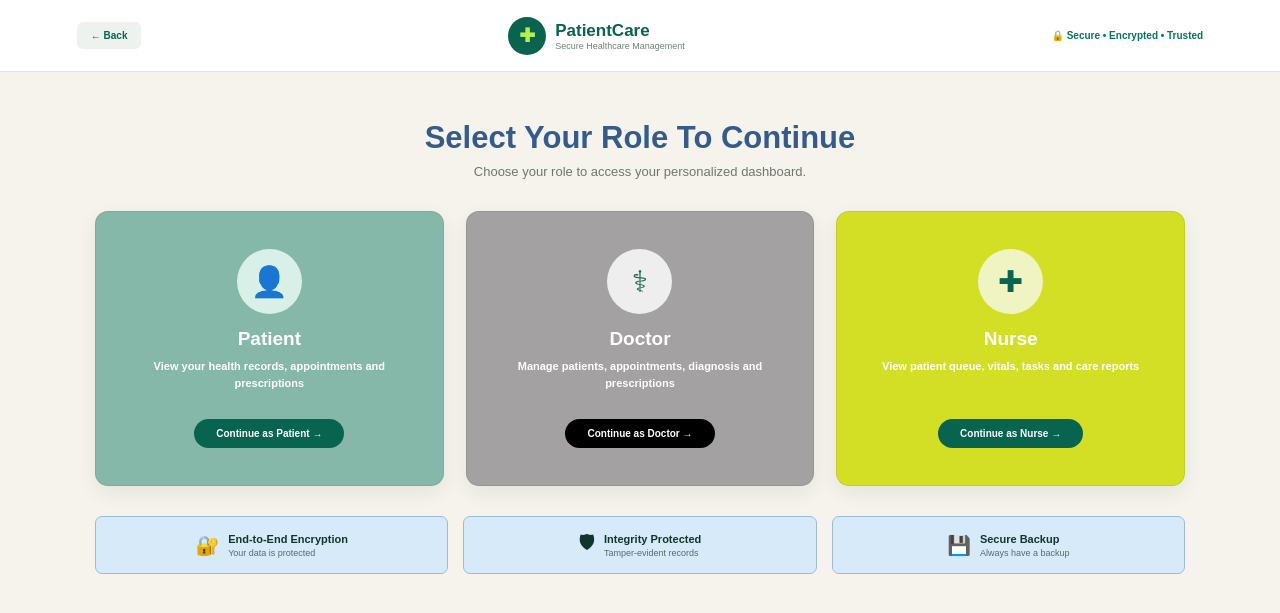
Repository: sameera-7-hash/OOPs-CP
Page: /, after clicking the first element matching `button.home-login-btn`
An editor plug-in stored every save of this project. The page is shown before and after the next save, followed by the edit.
The browser window is 1280 px wide. The pictures show the whole page.
The project was rebuilt for these pictures with package versions that can differ from the ones it lists, and the page was loaded fresh each time. Also part of the build but not shown: vite.config.js, src/pages/Login.jsx, src/pages/patient/PatientDashboard.jsx, src/pages/patient/Appointments.jsx, src/pages/patient/MedicalRecords.jsx, src/pages/patient/Prescriptions.jsx, src/pages/patient/MedicalHistory.jsx, src/pages/doctor/DoctorDashboard.jsx and 13 more.

Above is the page before, as saved 2026-09-10 17:12:20.

### index.html
<!doctype html>
<html lang="en">
  <head>
    <meta charset="UTF-8" />
    <meta name="viewport" content="width=device-width, initial-scale=1.0" />
    <title>PatientCare</title>
  </head>

  <body>
    <div id="root"></div>

    <script type="module" src="/src/main.jsx"></script>
  </body>
</html>

### src/main.jsx
import React from "react";
import ReactDOM from "react-dom/client";
import App from "./App";
import "./App.css";

ReactDOM.createRoot(document.getElementById("root")).render(
  <React.StrictMode>
    <App />
  </React.StrictMode>
);

### src/App.jsx
import React, { useState } from "react";

import Home from "./pages/Home";
import Login from "./pages/Login";
import RoleSelection from "./pages/RoleSelection";

import PatientDashboard from "./pages/patient/PatientDashboard";
import PatientAppointments from "./pages/patient/Appointments";
import MedicalRecords from "./pages/patient/MedicalRecords";
import Prescriptions from "./pages/patient/Prescriptions";
import MedicalHistory from "./pages/patient/MedicalHistory";

import DoctorDashboard from "./pages/doctor/DoctorDashboard";
import Patients from "./pages/doctor/Patients";
import AddPatient from "./pages/doctor/AddPatient";
import PatientDetails from "./pages/doctor/PatientDetails";
import DoctorAppointments from "./pages/doctor/Appointments";
import Analytics from "./pages/doctor/Analytics";
import UndoRedo from "./pages/doctor/UndoRedo";
import BackupRestore from "./pages/doctor/BackupRestore";

import NurseDashboard from "./pages/nurse/NurseDashboard";
import PatientQueue from "./pages/nurse/PatientQueue";
import PriorityQueue from "./pages/nurse/PriorityQueue";
import Vitals from "./pages/nurse/Vitals";
import Tasks from "./pages/nurse/Tasks";
import Alerts from "./pages/nurse/Alerts";

function App() {
  const [page, setPage] = useState("home");
  const [role, setRole] = useState(null);

  const selectRole = (selectedRole) => {
    setRole(selectedRole);
    setPage("login");
  };

  const login = () => {
    if (role === "Patient") setPage("patient-dashboard");
    if (role === "Doctor") setPage("doctor-dashboard");
    if (role === "Nurse") setPage("nurse-dashboard");
  };

  const logout = () => {
    setRole(null);
    setPage("home");
  };

  const navigate = (newPage) => {
    setPage(newPage);
  };

  if (page === "home") {
  return (
    <Home
      onLogin={() => setPage("role-selection")}
    />
  );
}

if (page === "role-selection") {
  return (
    <RoleSelection
      onSelectRole={selectRole}
      onBack={() => setPage("home")}
    />
  );
}

  if (page === "login") {
    return (
      <Login
        role={role}
        onLogin={login}
        onBack={() => setPage("home")}
      />
    );
  }

  /* ================= PATIENT ================= */

  if (page === "patient-dashboard") {
    return (
      <PatientDashboard
        navigate={navigate}
        logout={logout}
      />
    );
  }

  if (page === "patient-appointments") {
    return (
      <PatientAppointments
        navigate={navigate}
        logout={logout}
      />
    );
  }

  if (page === "medical-records") {
    return (
      <MedicalRecords
        navigate={navigate}
        logout={logout}
      />
    );
  }

  if (page === "prescriptions") {
    return (
      <Prescriptions
        navigate={navigate}
        logout={logout}
      />
    );
  }

  if (page === "medical-history") {
    return (
      <MedicalHistory
        navigate={navigate}
        logout={logout}
      />
    );
  }

  /* ================= DOCTOR ================= */

  if (page === "doctor-dashboard") {
    return (
      <DoctorDashboard
        navigate={navigate}
        logout={logout}
      />
    );
  }

  if (page === "doctor-patients") {
    return (
      <Patients
        navigate={navigate}
        logout={logout}
      />
    );
  }

  if (page === "add-patient") {
    return (
      <AddPatient
        navigate={navigate}
        logout={logout}
      />
    );
  }

  if (page === "patient-details") {
    return (
      <PatientDetails
        navigate={navigate}
        logout={logout}
      />
    );
  }

  if (page === "doctor-appointments") {
    return (
      <DoctorAppointments
        navigate={navigate}
        logout={logout}
      />
    );
  }

  if (page === "analytics") {
    return (
      <Analytics
        navigate={navigate}
        logout={logout}
      />
    );
  }

  if (page === "undo-redo") {
    return (
      <UndoRedo
        navigate={navigate}
        logout={logout}
      />
    );
  }

  if (page === "backup-restore") {
    return (
      <BackupRestore
        navigate={navigate}
        logout={logout}
      />
    );
  }

  /* ================= NURSE ================= */

  if (page === "nurse-dashboard") {
    return (
      <NurseDashboard
        navigate={navigate}
        logout={logout}
      />
    );
  }

  if (page === "patient-queue") {
    return (
      <PatientQueue
        navigate={navigate}
        logout={logout}
      />
    );
  }

  if (page === "priority-queue") {
    return (
      <PriorityQueue
        navigate={navigate}
        logout={logout}
      />
    );
  }

  if (page === "vitals") {
    return (
      <Vitals
        navigate={navigate}
        logout={logout}
      />
    );
  }

  if (page === "tasks") {
    return (
      <Tasks
        navigate={navigate}
        logout={logout}
      />
    );
  }

  if (page === "alerts") {
    return (
      <Alerts
        navigate={navigate}
        logout={logout}
      />
    );
  }

  return null;
}

export default App;

### src/pages/Home.jsx
import React from "react";

function Home({ onLogin }) {
  return (
    <div className="home-page">

      <header className="home-header">

        <div className="home-brand">

          <div className="home-logo">
            ✚
          </div>

          <div>
            <h2>PatientCare</h2>
            <p>Secure Healthcare Management</p>
          </div>

        </div>

        <nav className="home-nav">

          <button>
            About Us
          </button>

          <button>
            Help
          </button>

          <button>
            Contact
          </button>

          <button
            className="home-login-btn"
            onClick={onLogin}
          >
            Login
          </button>

        </nav>

      </header>


      <main className="home-main">

        <section className="home-content">

          <div className="home-text">

            <div className="home-badge">
              🔒 Secure Healthcare Platform
            </div>

            <h1>
              Welcome To <span>PatientCare</span>
            </h1>

            <h2>
              Your Health, Your Priority
            </h2>

            <p>
              A secure and reliable healthcare management platform
              designed to connect patients, doctors and nurses in one
              place.
            </p>

            <div className="home-buttons">

              <button
                className="primary-home-btn"
                onClick={onLogin}
              >
                Login to PatientCare →
              </button>

              <button className="secondary-home-btn">
                Learn More
              </button>

            </div>

          </div>


          <div className="home-illustration">

            <div className="illustration-circle">
              👩‍⚕️
            </div>

            <div className="floating-card card-one">

              🔐

              <div>
                <strong>Secure</strong>
                <small>Your data is protected</small>
              </div>

            </div>


            <div className="floating-card card-two">

              🛡️

              <div>
                <strong>Encrypted</strong>
                <small>Protected health records</small>
              </div>

            </div>


            <div className="floating-card card-three">

              ✓

              <div>
                <strong>Trusted</strong>
                <small>Reliable healthcare</small>
              </div>

            </div>

          </div>

        </section>


        <section className="home-security">

          <div className="home-security-item">

            <span>🔐</span>

            <div>
              <strong>Secure</strong>
              <p>Your information is protected</p>
            </div>

          </div>


          <div className="home-security-item">

            <span>🛡️</span>

            <div>
              <strong>Encrypted</strong>
              <p>Healthcare data stays protected</p>
            </div>

          </div>


          <div className="home-security-item">

            <span>✓</span>

            <div>
              <strong>Trusted</strong>
              <p>Designed for secure healthcare</p>
            </div>

          </div>

        </section>

      </main>

    </div>
  );
}

export default Home;

### src/pages/RoleSelection.jsx
import React from "react";

function RoleSelection({ onSelectRole, onBack }) {
  return (
    <div className="role-selection-page">

      {/* Header */}
      <header className="role-header">

        <button className="back-button" onClick={onBack}>
          ← Back
        </button>

        <div className="role-brand">
          <div className="role-logo">✚</div>

          <div>
            <h2>PatientCare</h2>
            <p>Secure Healthcare Management</p>
          </div>
        </div>

        <div className="role-security-top">
          🔒 Secure • Encrypted • Trusted
        </div>

      </header>


      {/* Main */}
      <main className="role-main">

        <h1>Select Your Role To Continue</h1>

        <p className="role-subtitle">
          Choose your role to access your personalized dashboard.
        </p>


        {/* Role Cards */}
        <div className="role-cards">

          {/* Patient */}
          <div className="role-card">

            <div className="role-icon patient-role-icon">
              👤
            </div>

            <h2>Patient</h2>

            <p>
              View your health records, appointments and prescriptions
            </p>

            <button
              onClick={() => onSelectRole("Patient")}
            >
              Continue as Patient →
            </button>

          </div>


          {/* Doctor */}
          <div className="role-card">

            <div className="role-icon doctor-role-icon">
              ⚕
            </div>

            <h2>Doctor</h2>

            <p>
              Manage patients, appointments, diagnosis and prescriptions
            </p>

            <button
              onClick={() => onSelectRole("Doctor")}
            >
              Continue as Doctor →
            </button>

          </div>


          {/* Nurse */}
          <div className="role-card">

            <div className="role-icon nurse-role-icon">
              ✚
            </div>

            <h2>Nurse</h2>

            <p>
              View patient queue, vitals, tasks and care reports
            </p>

            <button
              onClick={() => onSelectRole("Nurse")}
            >
              Continue as Nurse →
            </button>

          </div>

        </div>


        {/* Security Section */}
        <div className="role-security">

          <div className="security-item">

            <div className="security-icon">
              🔐
            </div>

            <div>
              <strong>End-to-End Encryption</strong>
              <p>Your data is protected</p>
            </div>

          </div>


          <div className="security-item">

            <div className="security-icon">
              🛡
            </div>

            <div>
              <strong>Integrity Protected</strong>
              <p>Tamper-evident records</p>
            </div>

          </div>


          <div className="security-item">

            <div className="security-icon">
              💾
            </div>

            <div>
              <strong>Secure Backup</strong>
              <p>Always have a backup</p>
            </div>

          </div>

        </div>

      </main>

    </div>
  );
}

export default RoleSelection;

Loaded but not shown: src/App.css (2992 lines, source omitted)

After the next save:
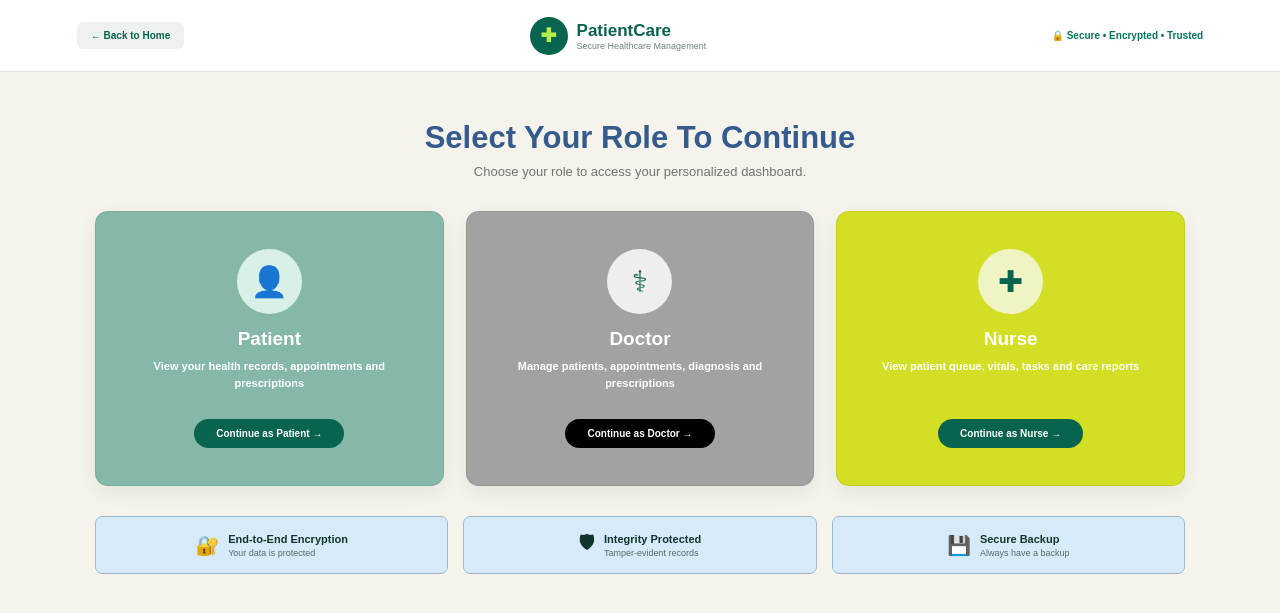
Saved 55 s later.
--- a/src/pages/RoleSelection.jsx
+++ b/src/pages/RoleSelection.jsx
@@ -4,20 +4,26 @@ function RoleSelection({ onSelectRole, onBack }) {
   return (
     <div className="role-selection-page">
 
-      {/* Header */}
       <header className="role-header">
 
-        <button className="back-button" onClick={onBack}>
-          ← Back
+        <button
+          className="back-button"
+          onClick={onBack}
+        >
+          ← Back to Home
         </button>
 
         <div className="role-brand">
-          <div className="role-logo">✚</div>
+
+          <div className="role-logo">
+            ✚
+          </div>
 
           <div>
             <h2>PatientCare</h2>
             <p>Secure Healthcare Management</p>
           </div>
+
         </div>
 
         <div className="role-security-top">
@@ -27,20 +33,19 @@ function RoleSelection({ onSelectRole, onBack }) {
       </header>
 
 
-      {/* Main */}
       <main className="role-main">
 
-        <h1>Select Your Role To Continue</h1>
+        <h1>
+          Select Your Role To Continue
+        </h1>
 
         <p className="role-subtitle">
           Choose your role to access your personalized dashboard.
         </p>
 
 
-        {/* Role Cards */}
         <div className="role-cards">
 
-          {/* Patient */}
           <div className="role-card">
 
             <div className="role-icon patient-role-icon">
@@ -62,7 +67,6 @@ function RoleSelection({ onSelectRole, onBack }) {
           </div>
 
 
-          {/* Doctor */}
           <div className="role-card">
 
             <div className="role-icon doctor-role-icon">
@@ -84,7 +88,6 @@ function RoleSelection({ onSelectRole, onBack }) {
           </div>
 
 
-          {/* Nurse */}
           <div className="role-card">
 
             <div className="role-icon nurse-role-icon">
@@ -108,7 +111,6 @@ function RoleSelection({ onSelectRole, onBack }) {
         </div>
 
 
-        {/* Security Section */}
         <div className="role-security">
 
           <div className="security-item">
